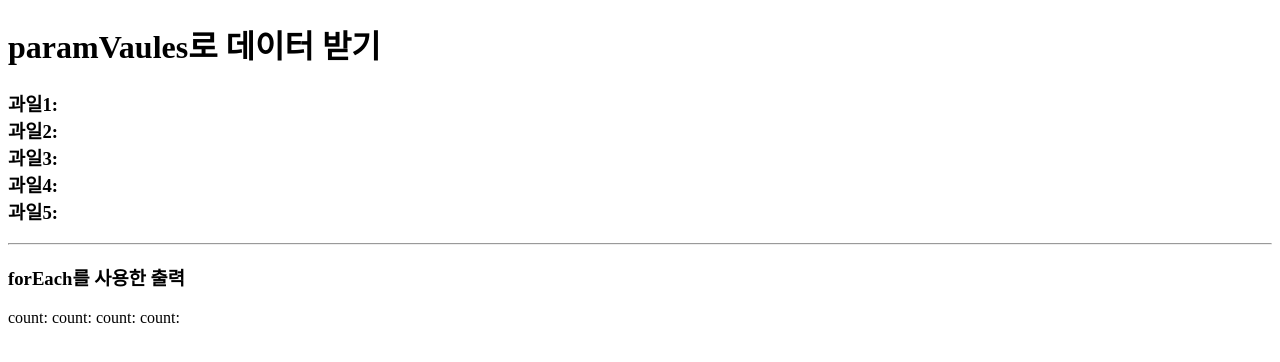
Repository: hwimi/2024-04-12
Page: http://localhost/jstl_study/step-5.jsp
An editor plug-in stored every save of this project. The page is shown before and after a run of saves, followed by the edit.
The browser window is 1280 px wide. The pictures show the whole page.
The page is served by Tomcat 9. Other server files are loaded and not shown.

Above is the page before, as saved 2024-04-11 04:06:55.

### jstl_study/src/main/webapp/step-5.jsp
<%@ page language="java" contentType="text/html; charset=UTF-8"
    pageEncoding="UTF-8"%>
<%@ taglib uri="http://java.sun.com/jsp/jstl/core" prefix="c"%>
<!DOCTYPE html>
<html>
<head>
<meta charset="UTF-8">
<title>Insert title here</title>
</head>
<body>
    <h1>
        paramVaules로 데이터 받기
    </h1>
    <h3>
        과일1:${paramValues.food[0]}<br>
        과일2:${paramValues.food[1]}<br>
        과일3:${paramValues.food[2]}<br>
        과일4:${paramValues.food[3]}<br>
        과일5:${paramValues.food[4]}<br>
    </h3>
    <hr>

    <h3>
        forEach를 사용한 출력
    </h3>
    <!-- varStatus index(번지:0부터 시작) count(개수:1개부터 시작) -->
    <c:forEach items="${paramValues.food}" var="foods" varStatus="i">
        과일:${i.index}/${i.count}:${foods } <br>
    </c:forEach>


    <%
    String friends[]={"삽겹살","소주","족발","맥주"};
    /* java conroller 에서 jsp러 데이터를 보낼때 */
    request.setAttribute("fr", friends);
    %>

    <c:forEach items="${requestScope.fr}" var="fname" varStatus="">
    count:${i.count }
    </c:forEach>
</body>
</html>

After the next 2 saves:
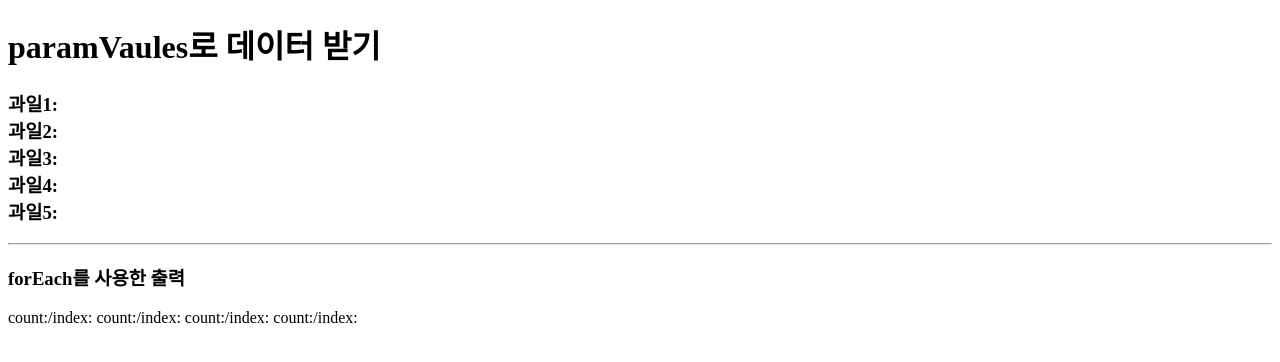
The 2 saves are shown as one change because they came seconds apart.
The last was saved 14 s later.
--- a/jstl_study/src/main/webapp/step-5.jsp
+++ b/jstl_study/src/main/webapp/step-5.jsp
@@ -36,7 +36,7 @@
     %>
 
     <c:forEach items="${requestScope.fr}" var="fname" varStatus="">
-    count:${i.count }
+    count:${i.count }/index:${i.index }
     </c:forEach>
 </body>
 </html>
